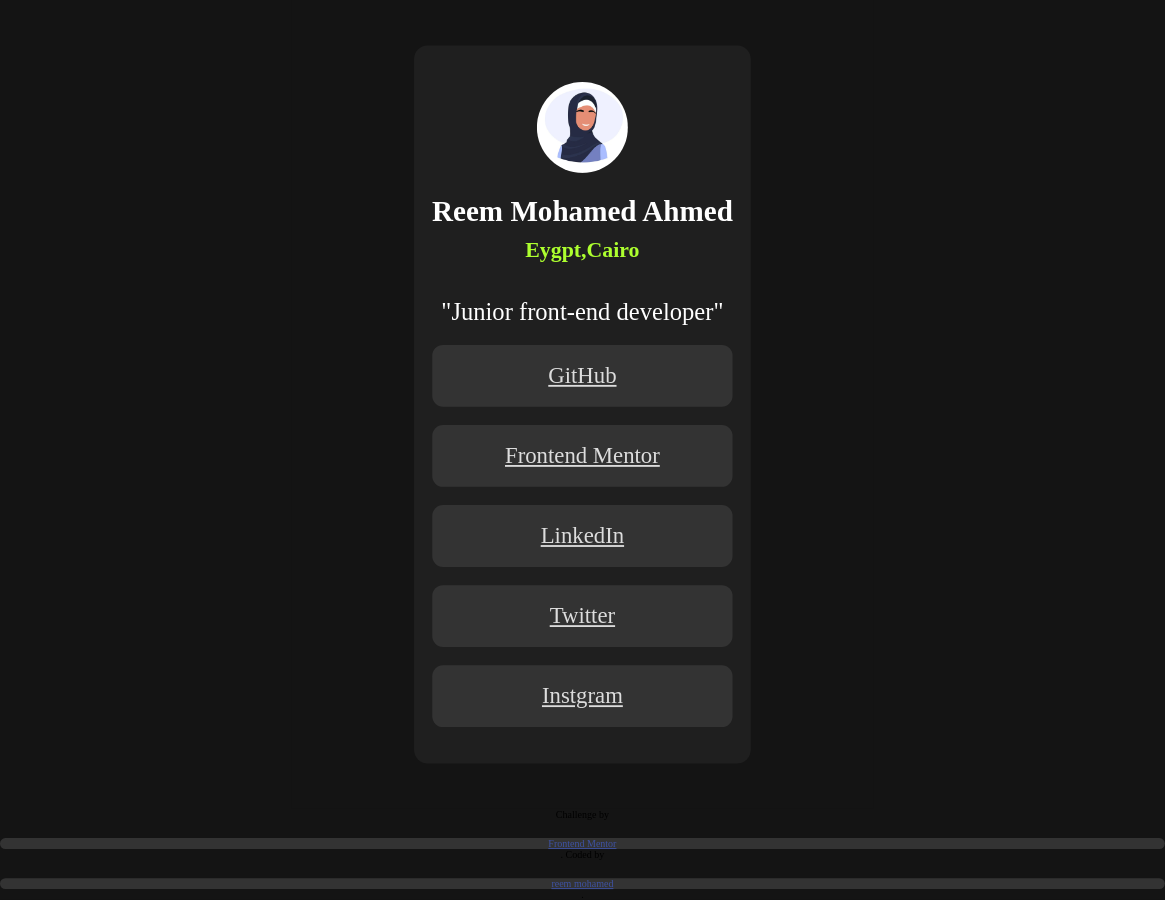
Repository: reemoon-ctrl/social_links_profile_main
Page: index.html
These files come from the project's save history. The page is drawn as it stood at one moment and after the next save; the edit follows.
The browser window is 1280 px wide. The pictures show the whole page, at 91% of full size.

Above is the page before, as saved 2024-07-23 11:08:07.

After the next save:
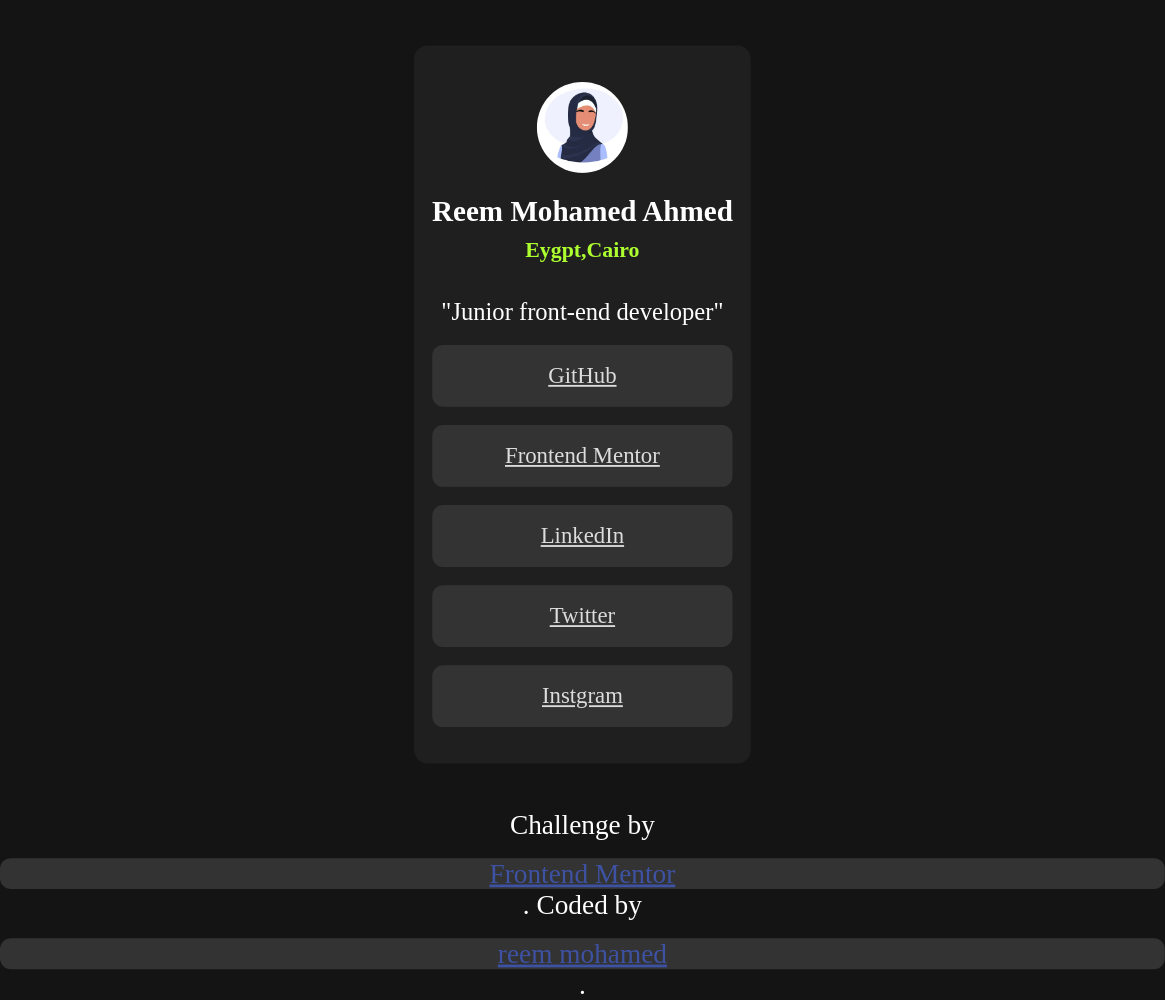
Saved 18 s later.
--- a/index.css
+++ b/index.css
@@ -69,7 +69,7 @@
     background: greenyellow;
     color:#1f1f1f;
 }
-.{
+.attribution{
 align-self: flex-end;
     margin: auto;
     color: #fff;

After the 2 saves that followed:
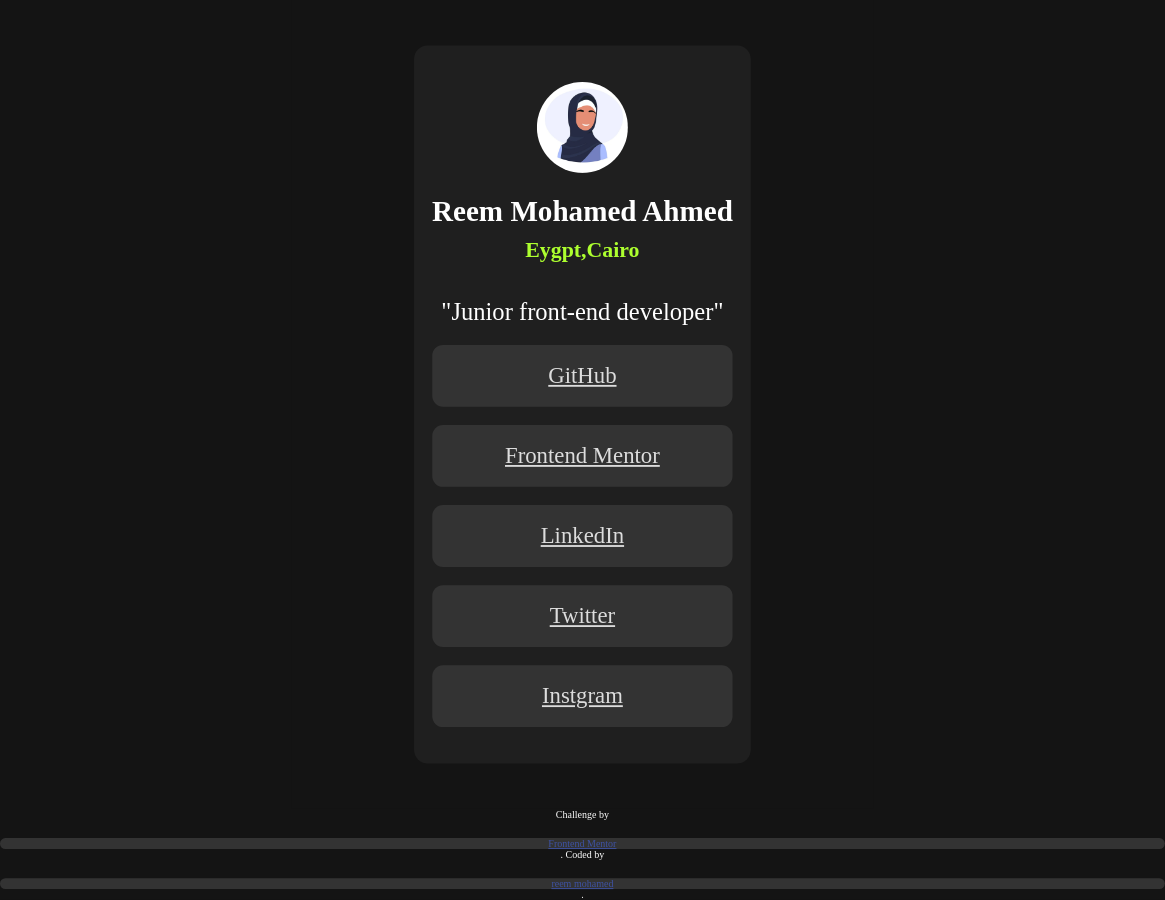
The 2 saves are shown as one change because 1 left the picture as it was.
The last was saved 37 s later.
--- a/index.css
+++ b/index.css
@@ -70,9 +70,10 @@
     color:#1f1f1f;
 }
 .attribution{
-align-self: flex-end;
+    align-self: flex-end;
     margin: auto;
     color: #fff;
     font-size: 30px;
+    font-size: 11px; text-align: center;
 
 }
